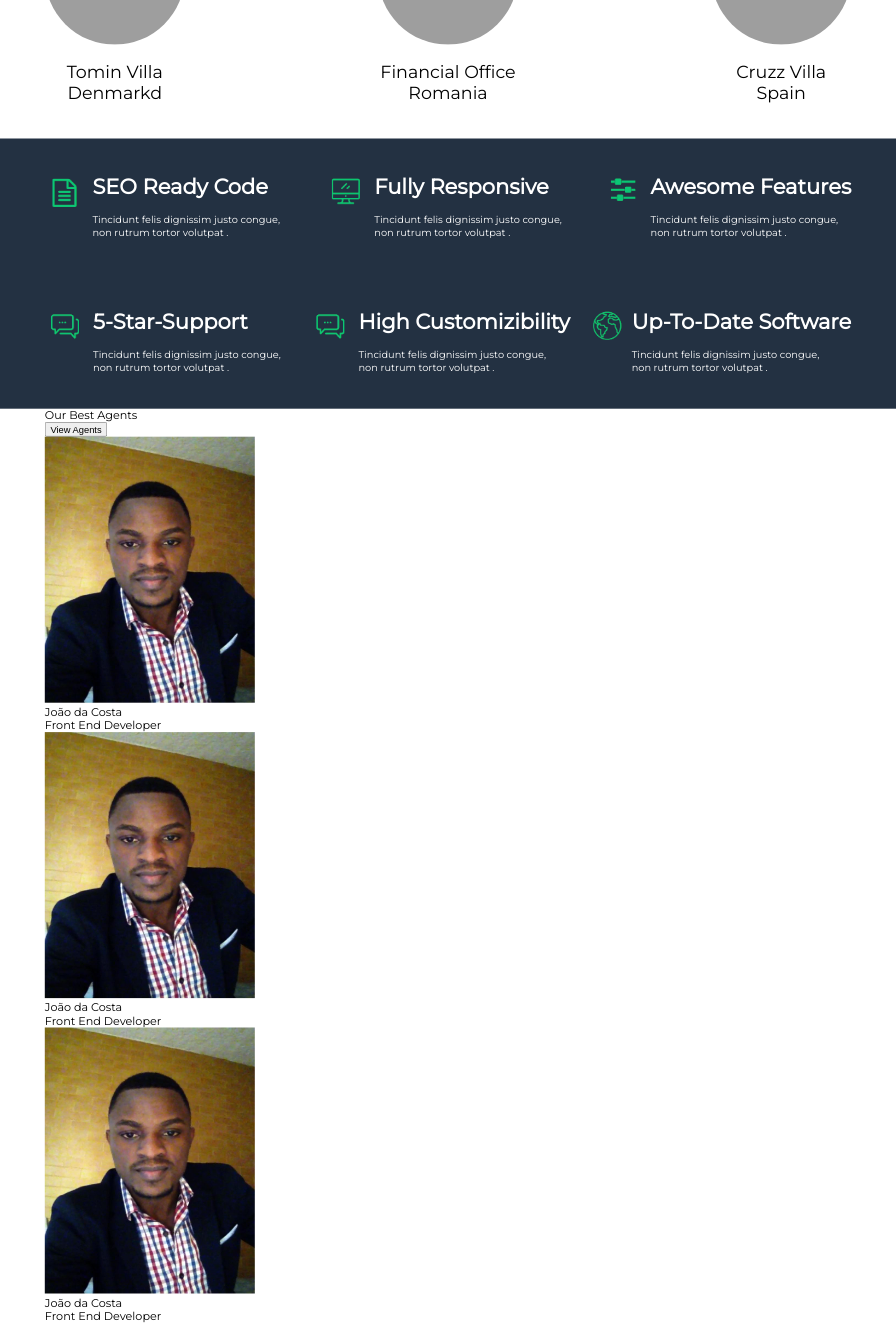
Repository: Yowani24/Real-Estate2
Page: index.html
An editor plug-in stored every save of this project. The page is shown before and after the next save, followed by the edit.
The browser window is 1280 px wide. The pictures show the part of the page from y = 1177 to 3097 px (the page is 3067 px tall before and 3097 px after), at 70% of full size.
Pictures or frames that could not be fetched are drawn as grey boxes. Some web fonts or font styles are not loaded; a fallback is used.

Above is the page before, as saved 2021-08-27 14:57:56.

After the next save:
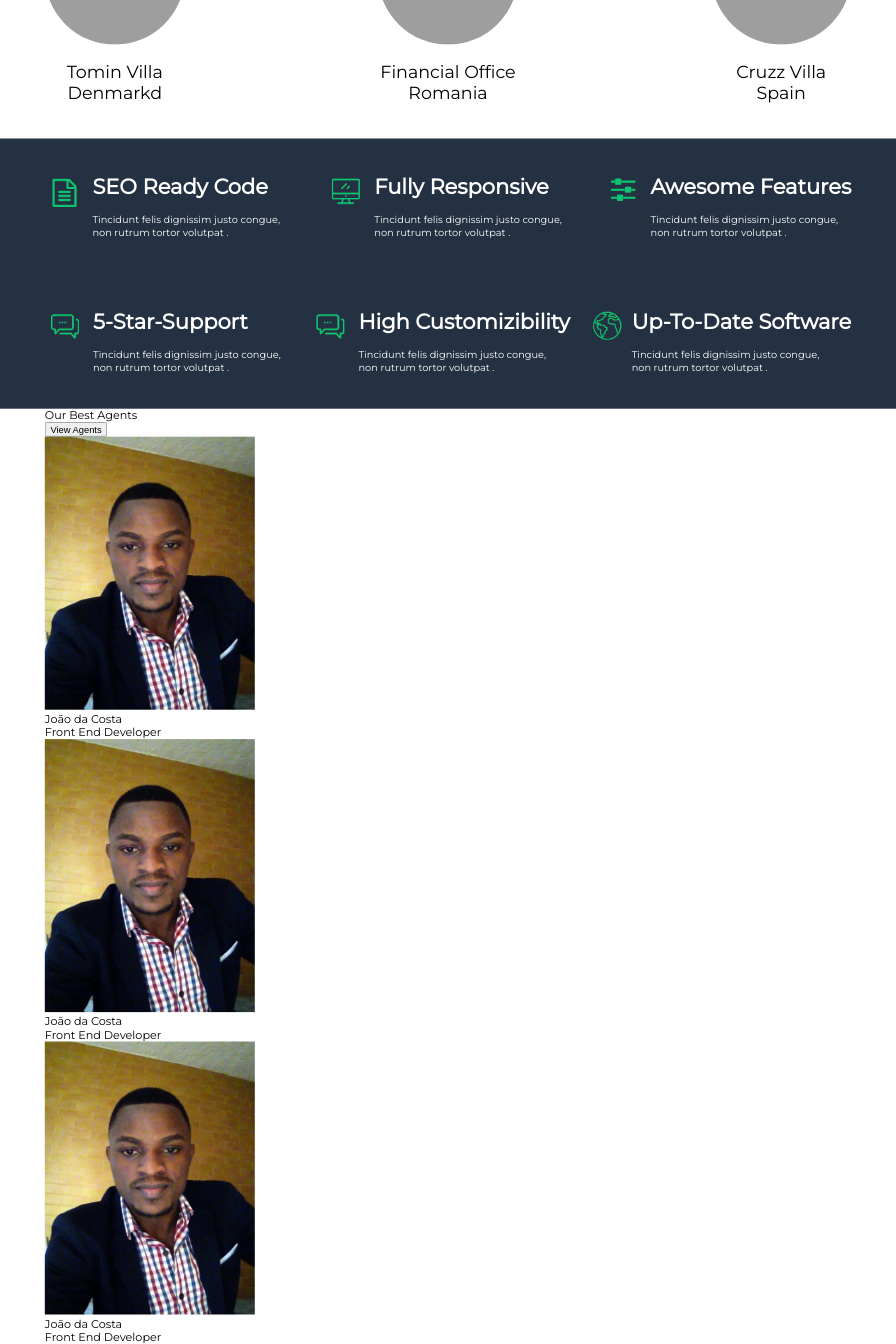
Saved 5 s later.
--- a/styles.css
+++ b/styles.css
@@ -198,5 +198,5 @@ Header .menu nav a{
 }
 .agents_box img{
     width: 100%;
-    height: 380px;
-}
+    height: 390px;
+}
